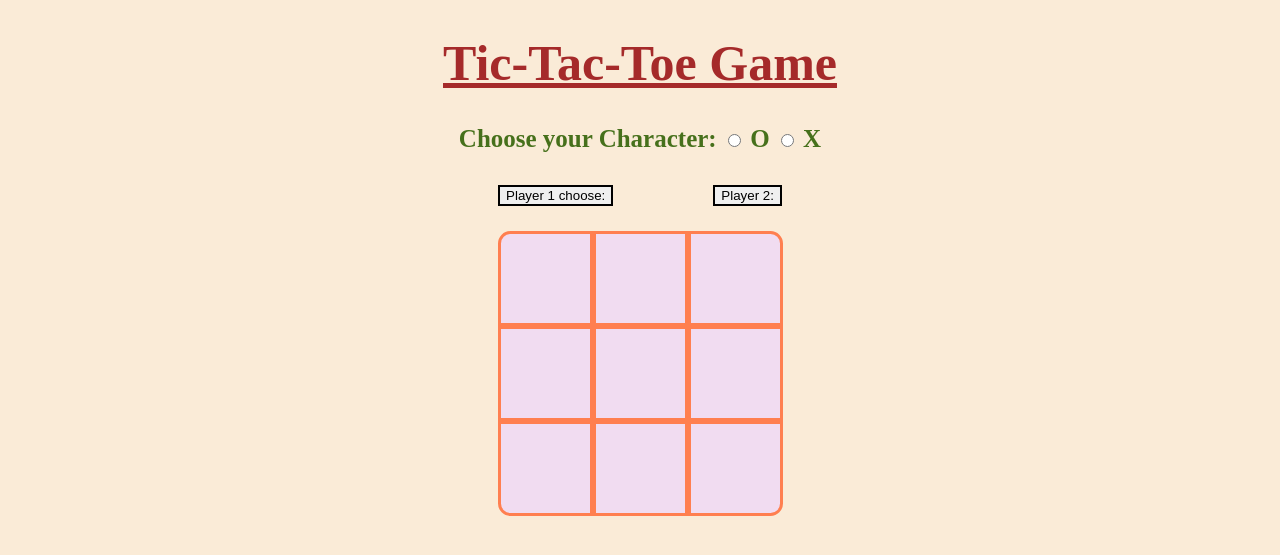
Repository: 0101chaitanya/Tic-Tac-Toe
Page: index.html
These files come from the project's save history. The page is drawn as it stood at one moment and after the next save; the edit follows.
The browser window is 1280 px wide. The pictures show the whole page.

Above is the page before, as saved 2021-06-12 14:19:19.

After the next save:
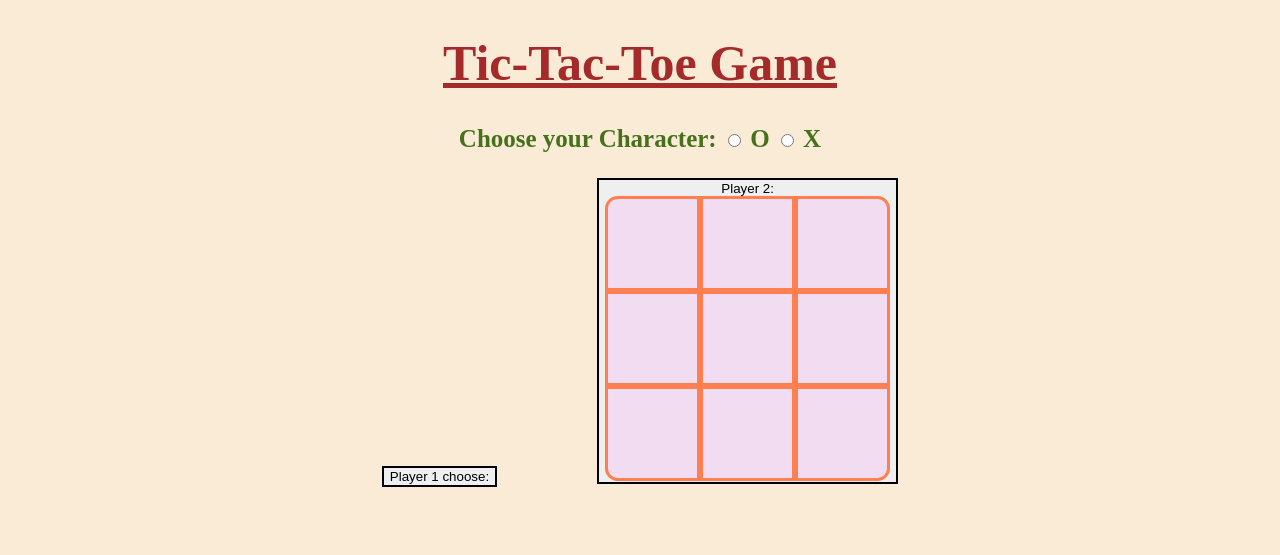
Saved 84 s later.
--- a/index.html
+++ b/index.html
@@ -20,10 +20,10 @@
             <label for="X">X</label>
 
         </form>
-        <div id="player">
+        <form id="player">
             <button id='p1' onclick='eventFun.player(`p1`)' type='text'>Player 1 choose:
                 <button id='p2' onclick='eventFun.player(`p2`)' type='text'>Player 2:
-        </div>
+        </form>
 
         <form id="gameSquare">
             <section id="row1">

After the save that followed:
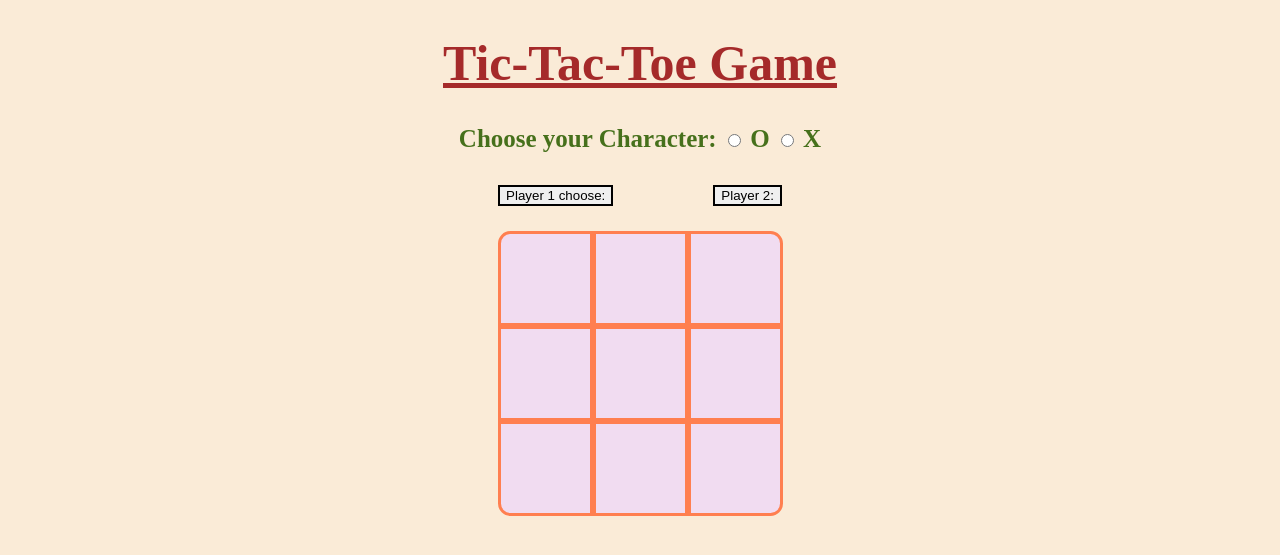
Saved 56 s later.
--- a/index.html
+++ b/index.html
@@ -20,10 +20,10 @@
             <label for="X">X</label>
 
         </form>
-        <form id="player">
+        <div id="player">
             <button id='p1' onclick='eventFun.player(`p1`)' type='text'>Player 1 choose:
                 <button id='p2' onclick='eventFun.player(`p2`)' type='text'>Player 2:
-        </form>
+        </div>
 
         <form id="gameSquare">
             <section id="row1">
